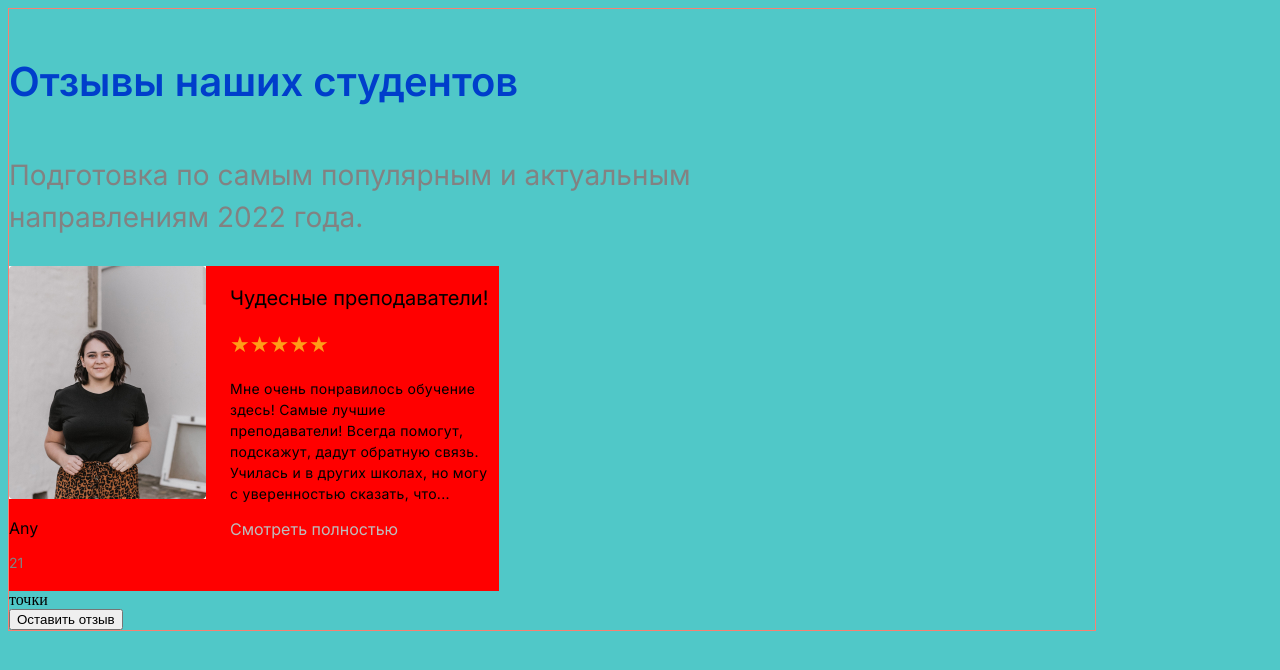
Repository: Malvuna/Studi
Page: index.html
The author's editor kept a copy of each file at every save. The page is drawn from the files as they stood at one save, then again after a run of saves.
The browser window is 1280 px wide. The pictures show the whole page.

Above is the page before, as saved 2022-07-11 17:25:07.

After the next 2 saves:
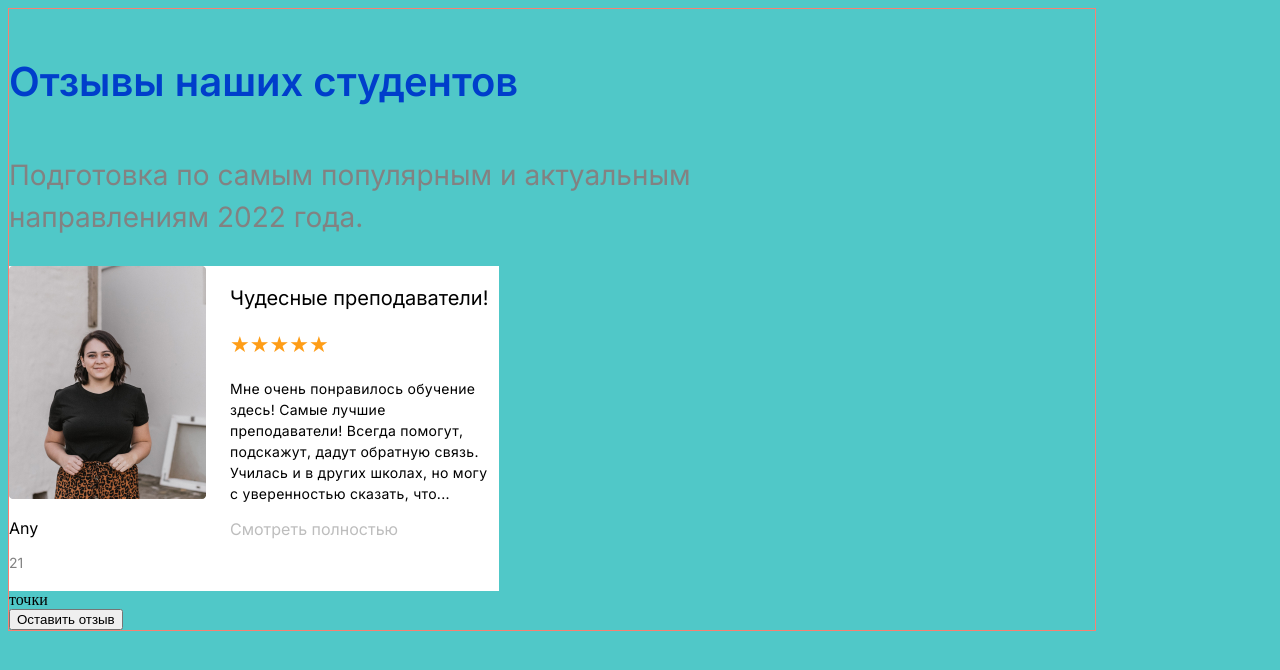
The 2 saves are shown as one change because they came seconds apart.
The last was saved 19 s later.
--- a/css/style.css
+++ b/css/style.css
@@ -29,7 +29,7 @@ body {
 .divOneCard {
   width: 490px;
   height: 325px;
-  background-color: red;
+  background-color: white;
   display: flex;
 }
 
